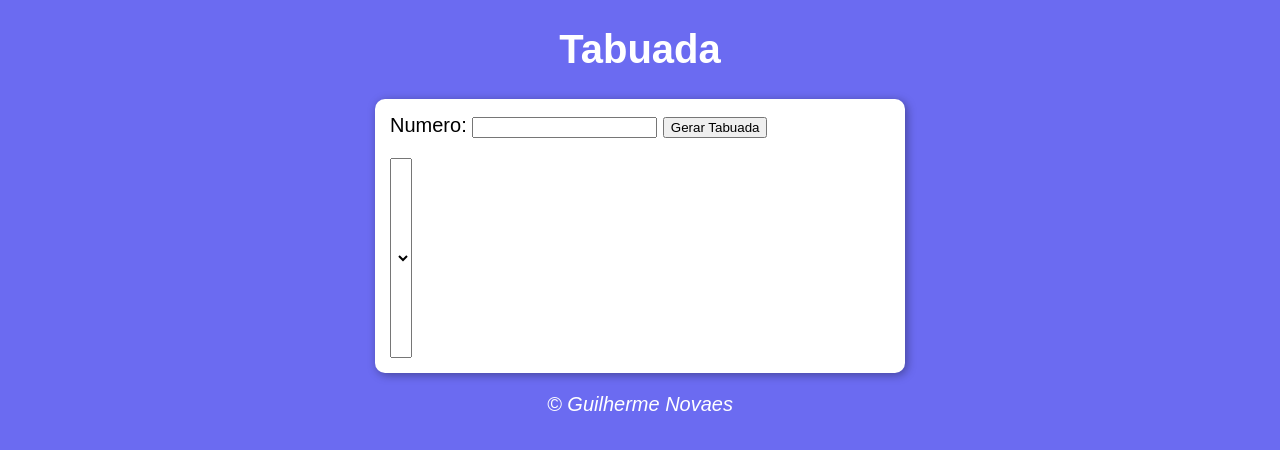
Repository: Guilherme-RNovaes/JavaScript-Curso
Page: Aula 14ex/ex017/index.html
The author's editor kept a copy of each file at every save. The page is drawn from the files as they stood at one save, then again after a run of saves.
The browser window is 1280 px wide. The pictures show the whole page.

Above is the page before, as saved 2022-09-10 09:12:21.

### Aula 14ex/ex017/index.html
<!DOCTYPE html>
<html lang="pt-br">
<head>
    <meta charset="UTF-8">
    <meta http-equiv="X-UA-Compatible" content="IE=edge">
    <meta name="viewport" content="width=device-width, initial-scale=1.0">
    <title>Modelo de Exercício</title>
    <link rel="stylesheet" href="src/Style/style.css">
</head>
<body>
    <header>
        <h1>Tabuada</h1>
    </header>
    <section>
        <div>
            Numero: <input type="number" name="tabuada" id="tabuada">
            <button>Gerar Tabuada</button>
        </div>
        <div>
            <select name="tabres" id="tabres">Digite um número acima</select>
        </div>
    </section>
    <footer>
        <p>&copy; Guilherme Novaes</p>
    </footer>
    <script src="script.js"></script>
</body>
</html>

### Aula 14ex/ex017/src/Style/style.css
body{
    background-color: rgb(107, 107, 241);
    font: normal 15pt Arial;
}
header {
    color: white;
    text-align: center;
}

section{
    background-color: white;
    border-radius: 10px;
    padding: 15px;
    width: 500px;
    margin: auto;
    box-shadow: 2px 2px 10px rgba(0, 0, 0, 0.36);
}

footer{
    color: white;
    text-align: center;
    font-style: italic;
}

div img{
    width: 250px;
    height: 250px;
    border-radius: 100%;
}

#tabres{
    margin-top: 20px;
    height: 200px;
}

Loaded but not shown: Aula 14ex/ex017/script.js (no stored copy; drawn as an empty file)

After the next 4 saves:
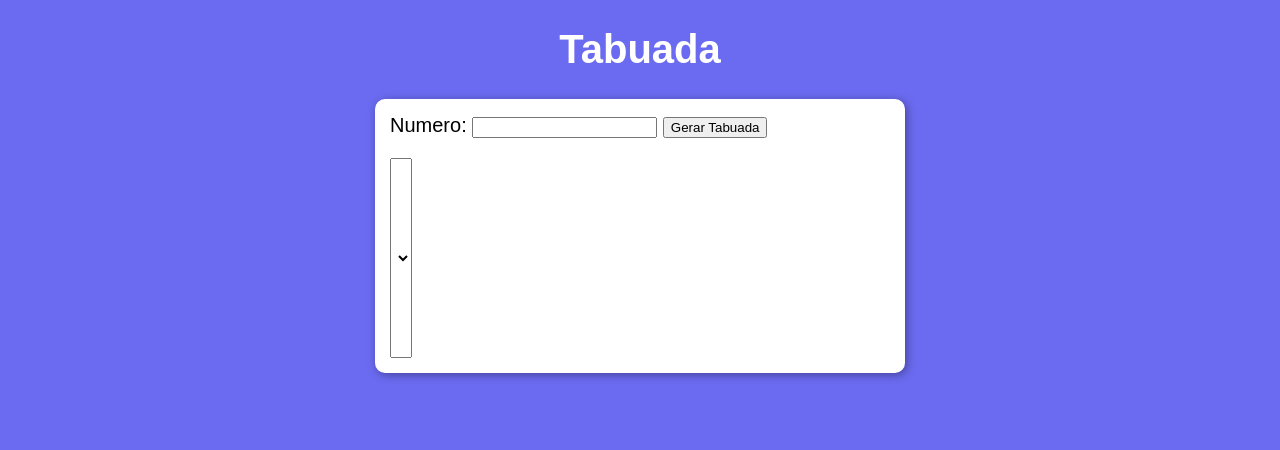
The 4 saves are shown as one change because they came seconds apart.
The last was saved 28 s later.
--- a/Aula 14ex/ex017/index.html
+++ b/Aula 14ex/ex017/index.html
@@ -17,7 +17,7 @@
             <button>Gerar Tabuada</button>
         </div>
         <div>
-            <select name="tabres" id="tabres">Digite um número acima</select>
+            <select name="tabres" id="tabres"><p>Digite um número acima</p> /select>
         </div>
     </section>
     <footer>

After the 2 saves that followed:
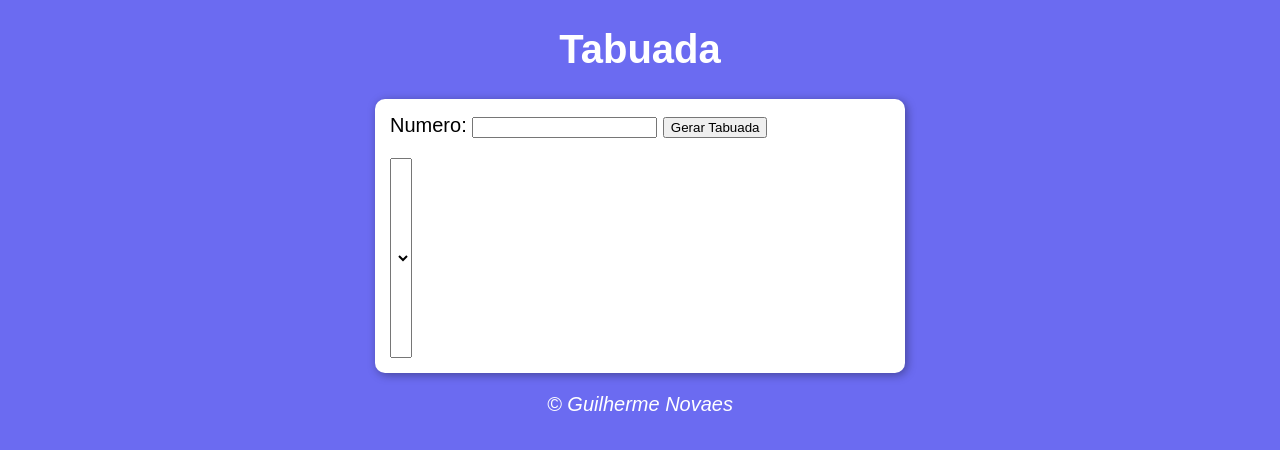
The 2 saves are shown as one change because they came seconds apart.
The last was saved 7 s later.
--- a/Aula 14ex/ex017/index.html
+++ b/Aula 14ex/ex017/index.html
@@ -17,7 +17,7 @@
             <button>Gerar Tabuada</button>
         </div>
         <div>
-            <select name="tabres" id="tabres"><p>Digite um número acima</p> /select>
+            <select name="tabres" id="tabres"><p>Digite um número acima</p></select>
         </div>
     </section>
     <footer>
